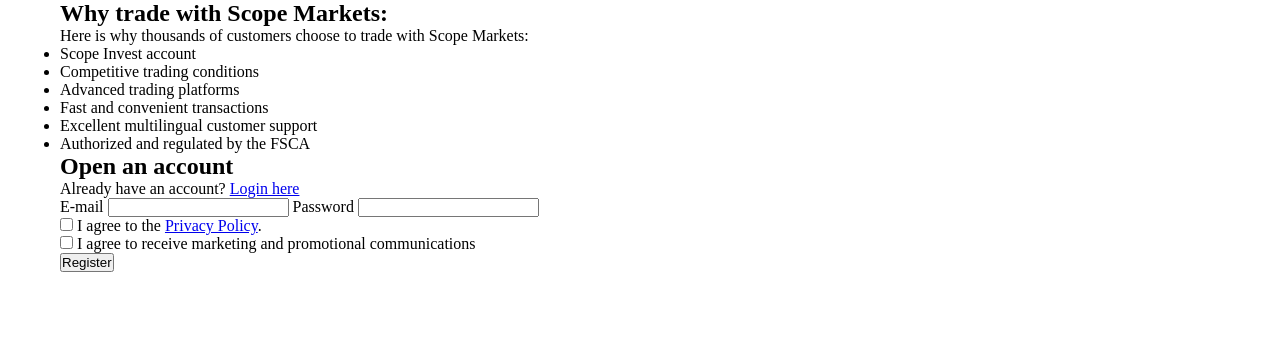
Repository: Jacques-Jaki-Morkel/vaultmarkets_SignupFlow
Page: index.HTML
These files come from the project's save history. The page is drawn as it stood at one moment and after the next save; the edit follows.
The browser window is 1280 px wide. The pictures show the whole page.

Above is the page before, as saved 2025-07-30 13:48:45.

### index.HTML
<!DOCTYPE html>
<html lang="en">
<head>
    <meta charset="UTF-8">
    <meta name="viewport" content="width=device-width, initial-scale=1.0">
    <title>Vault Markets - SignUP flow
    </title>
    <link rel="stylesheet" href="styles.css">
</head>
<body>
    <!-- Open account Section -->
    <section class="container-size">
        <div>
      <h2>Why trade with Scope Markets:</h2>
      <p>Here is why thousands of customers choose to trade with Scope Markets:</p>
      <ul>
        <li>Scope Invest account</li>
        <li>Competitive trading conditions</li>
        <li>Advanced trading platforms</li>
        <li>Fast and convenient transactions</li>
        <li>Excellent multilingual customer support</li>
        <li>Authorized and regulated by the FSCA</li>
      </ul>
    </div>

    <div>
      <h2>Open an account</h2>
      <p>Already have an account? <a href="#">Login here</a></p>

      <form action="#" method="POST">
        <label for="email">E-mail</label>
        <input type="email" id="email" name="email" required>

        <label for="password">Password</label>
        <input type="password" id="password" name="password" required>

        <div>
          <input type="checkbox" id="privacy" name="privacy" required>
          <label for="privacy">I agree to the <a href="#">Privacy Policy</a>.</label>
        </div>

        <div>
          <input type="checkbox" id="marketing" name="marketing">
          <label for="marketing">I agree to receive marketing and promotional communications</label>
        </div>

        <button type="submit">Register</button>
      </form>
    </div>
    </section>

    <script src="script.js"></script>
</body>
</html>

### styles.css
/* Reset and Base Styles */
* {
    margin: 0;
    padding: 0;
    box-sizing: border-box;
}

:root{
    --primary-color: #c89006;
    --secondary-color: #6c757d;
    --background-color: #f8f9fa;
    --text-color: #292929;
    --link-color: #007bff;
}

.container-size{
    max-width: 1200px;
    margin: 0 auto;
    padding: 0 20px;
}

Loaded but not shown: script.js (no stored copy; drawn as an empty file)

After the next save:
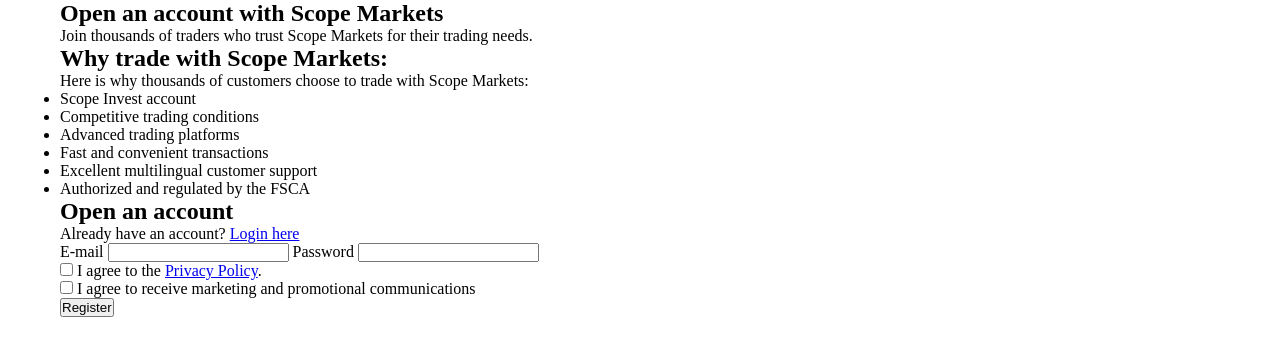
Saved 56 s later.
--- a/index.HTML
+++ b/index.HTML
@@ -10,7 +10,9 @@
 <body>
     <!-- Open account Section -->
     <section class="container-size">
-        <div>
+        <div class="col-1">
+            <h1>Open an account with Scope Markets</h1>
+            <p>Join thousands of traders who trust Scope Markets for their trading needs.</p>
       <h2>Why trade with Scope Markets:</h2>
       <p>Here is why thousands of customers choose to trade with Scope Markets:</p>
       <ul>
